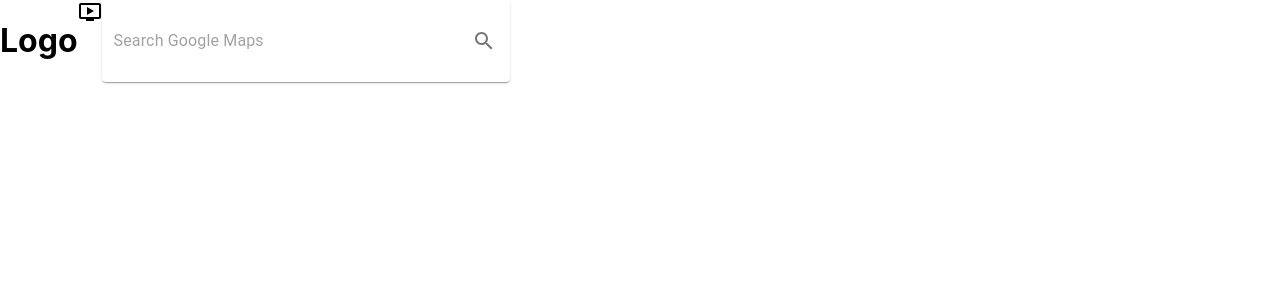
Repository: helmiz02/newproj
Page: /
The author's editor kept a copy of each file at every save. The page is drawn from the files as they stood at one save, then again after the next save.
The browser window is 1280 px wide. The pictures show the whole page.
The project was rebuilt for these pictures with package versions that can differ from the ones it lists, and the page was loaded fresh each time. Also part of the build but not shown: src/App.css.

Above is the page before, as saved 2022-02-21 10:06:58.

After the next save:
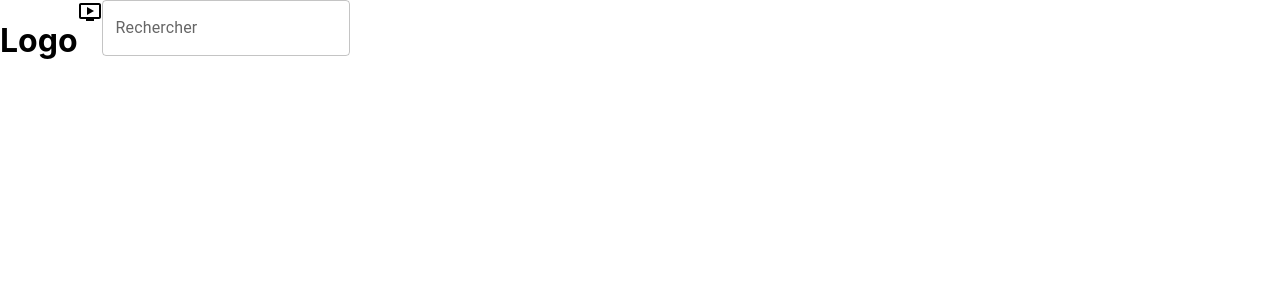
Saved 88 s later.
--- a/src/component/header/index.js
+++ b/src/component/header/index.js
@@ -11,8 +11,12 @@ export default function Header() {
       </div>
 
       <div className="displayStyle">
-      {/* <TextField fullWidth label="Rechercher" id="Rechercher" /> */}
-      <Paper
+      <TextField fullWidth label="Rechercher" id="Rechercher" >
+      <IconButton type="submit" sx={{ p: '10px' }} aria-label="search">
+        <SearchIcon />
+      </IconButton>
+     </TextField>
+      {/* <Paper
       component="form"
       sx={{ p: '2px 4px', display: 'flex', alignItems: 'center', width: 400 }}
     >
@@ -24,7 +28,7 @@ export default function Header() {
       <IconButton type="submit" sx={{ p: '10px' }} aria-label="search">
         <SearchIcon />
       </IconButton>
-      </Paper>
+      </Paper> */}
       </div>
     </div>
   );
